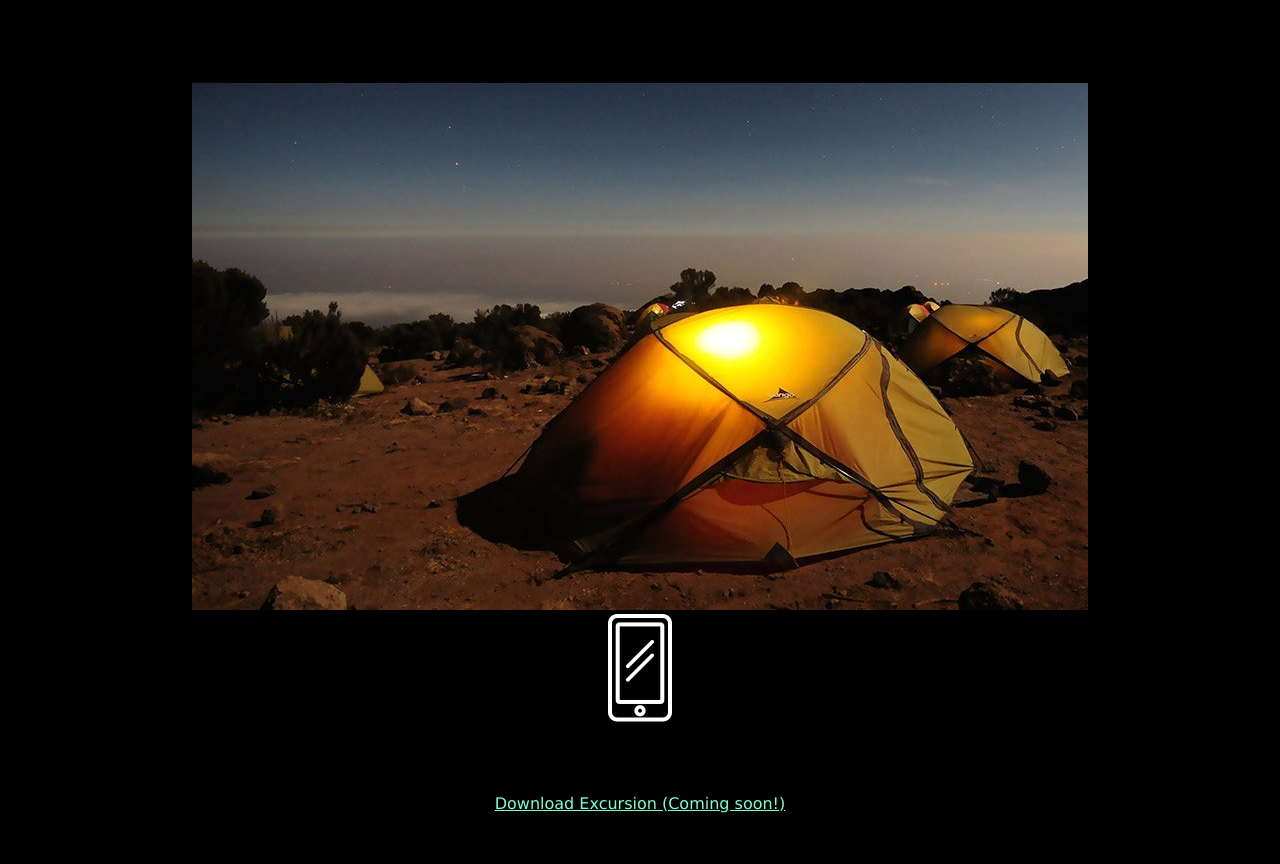
Repository: hymxzx/excursion
Page: index.html
The author's editor kept a copy of each file at every save. The page is drawn from the files as they stood at one save, then again after the next save.
The browser window is 1280 px wide. The pictures show the part of the page from y = 334 to 1198 px (the page is 1198 px tall).
A picture or video elsewhere on the page could not be fetched, so the positions and the page height are approximate.

Above is the page before, as saved 2020-12-26 10:18:56.

### index.html
<!DOCTYPE html>
<html>
  <head>
    <title>Excursion</title>
    <link rel="stylesheet" href="./resources/css/style.css" type="text/css" />
  </head>
  <body>
    <header>
      <h1>Discover hidden places in the world around you</h1>
      <p>
        <a class="applink" href="#">Download Excursion (Coming soon!)</a>
      </p>
    </header>
    <div>
      <video autoplay muted loop>
        <source id="video" src="./resources/videos/excursion.mp4" type="video/mp4" />
        Video not supported
      </video>
    </div>
    <div>
      <h2>Your personal travel guide</h2>
      <p>
        Excursion remembers places you like, and recommends new points of
        interest around you.
      </p>
      <img src="./resources/images/camp.jpg" alt="image of a tent camping outdoors" />
      <br>
      <img src="./resources/images/phone.png" alt="icon of iphone" />
      <p>
          <h2>Coming Soon for iPhone and Android</h2>
      </p>
      <p>
        <a class="applink" href="#">Download Excursion (Coming soon!)</a>
      </p>
    </div>
    <footer>
        <p>© Excursion</p>
    </footer>
  </body>
</html>

### resources/css/style.css
body {
  text-align: center;
  font-family: Verdana, sans-serif;
  background-color: black;
}
.applink {
  color: aquamarine;
  font-size: 16px;
}
h1 {
  color: white;
  font-size: 50px;
  font-weight: normal;
}

After the next save:
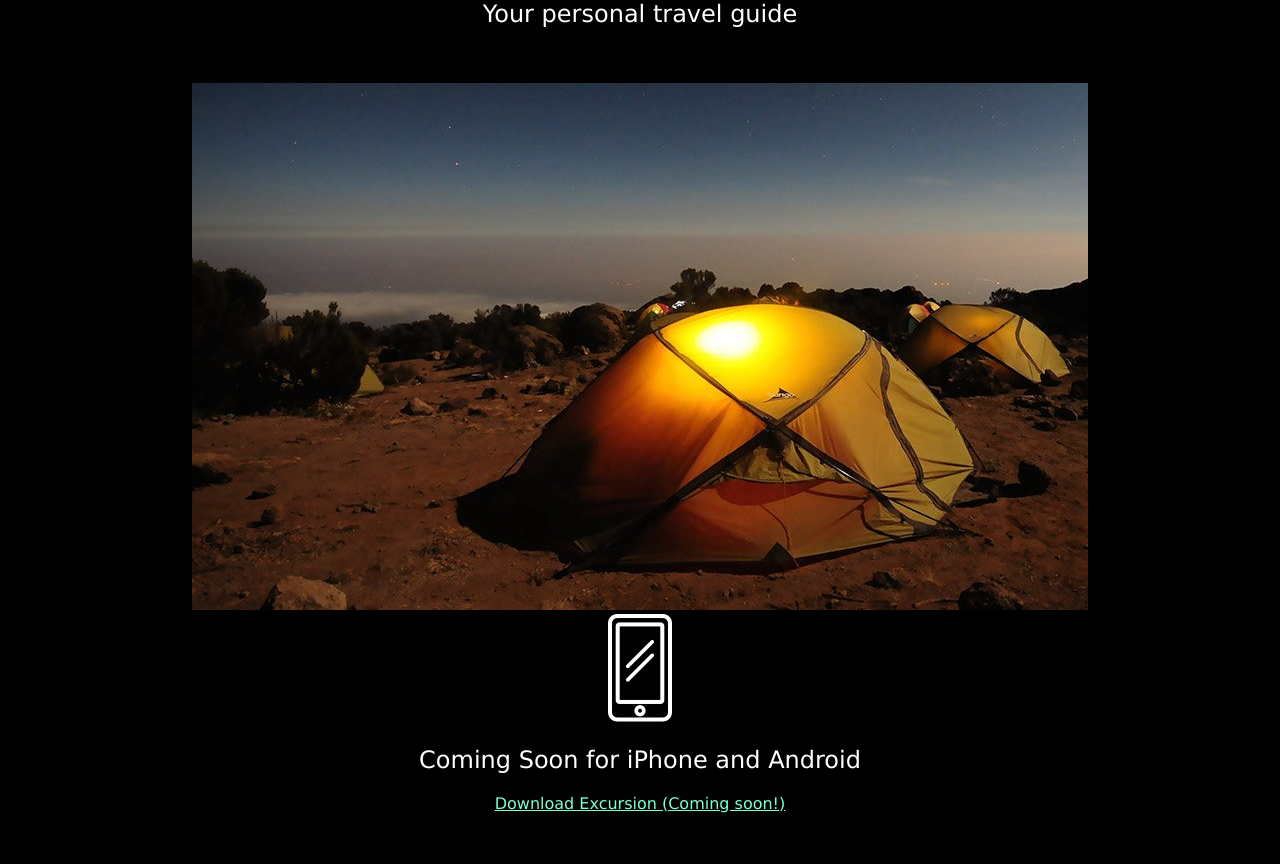
Saved 27 s later.
--- a/resources/css/style.css
+++ b/resources/css/style.css
@@ -12,3 +12,7 @@ h1 {
   font-size: 50px;
   font-weight: normal;
 }
+h2 {
+  color: white;
+  font-weight: 300;
+}
